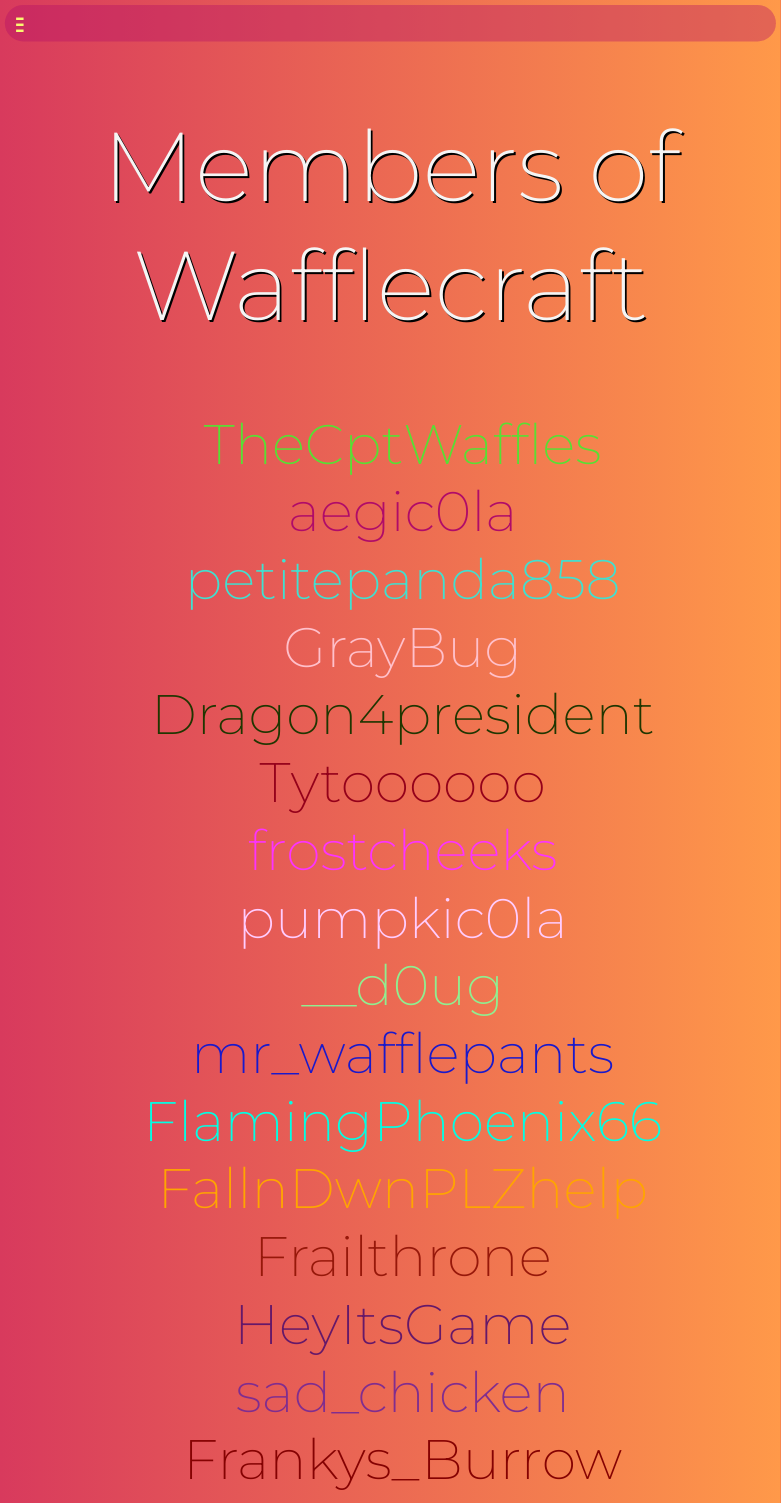
Repository: thecptwaffles/wafflecraftwebsite
Page: members.html
An editor plug-in stored every save of this project. The page is shown before and after the next save, followed by the edit.
The browser window is 1280 px wide. The pictures show the whole page, at 61% of full size.

Above is the page before, as saved 2022-07-18 21:19:57.
Console error: ReferenceError: $ is not defined

### members.html
<!DOCTYPE html>
<html lang="en">

<head>
  <meta charset="UTF-8">
  <meta name="viewport" content="width=device-width, initial-scale=1" />
  <title>Members</title>
  <link rel="stylesheet" href="./css/style.css">
  <link rel="icon" href="./resources/css/content/Icon.png" type="image/icon type">
  <link rel="preconnect" href="https://fonts.gstatic.com">
  <link href="https://fonts.googleapis.com/css2?family=Montserrat:ital,wght@0,200;1,200&display=swap" rel="stylesheet">
  <script src="./members.js"></script>
</head>

<body class="members-all">
  <div class=" navbar">
    <div class="dropdown">
      <button class="dropbtn">-<br>-<br>-
        <i class="fa fa-caret-down"></i>
      </button>
      <div class="dropdown-content">
        <a href="./index.html">Home</a>
        <a href="./members.html">Members</a>
        <a href="./fetured.html">Featured</a>
        <!-- <a href="./annoucenments.html">Announcements</a> -->
        <a href="./tutorials.html">Tutorials</a>
        <a href="./world-downloads.html">Downloads</a>
        <a href="./serverInfo.html">Server Info</a>
        <!-- <a href="bluemap.thewafflecraft.com" target="blank">3D Map</a> -->
      </div>
    </div>
  </div>
  <h1 class="index-title">Members of Wafflecraft</h1>
  <!--members list-->
  <ul id="ol">
    <li class="li" id="waffles">TheCptWaffles</li>
    <li class="li" id="c0la">aegic0la</li>
    <li class="li" id="panda">petitepanda858</li>
    <li class="li" id="bug">GrayBug</li>
    <li class="li" id="delta">Dragon4president</li>
    <li class="li" id="tyt">Tytoooooo</li>
    <li class="li" id="cheeks">frostcheeks</li>
    <li class="li" id="pumki">pumpkic0la</li>
    <li class="li" id="doug">__d0ug</li>
    <li class="li" id="pants">mr_wafflepants</li>
    <li class="li" id="flaming">FlamingPhoenix66</li>
    <li class="li" id="falln">FallnDwnPLZhelp</li>
    <li class="li" id="matt">Frailthrone</li>
    <li class="li" id="gamer">HeyItsGame</li>
    <li class="li" id="sad">sad_chicken</li>
    <li class="li" id="burrow">Frankys_Burrow</li>
  </ul>
</body>

</html>

### css/style.css
/*styling for the title*/

.title {
    text-align: center;
    font-size: 6.25vh;
    font-family: 'Montserrat', sans-serif;
    text-decoration: underline;
    color: white;
    overflow-y: auto;
}

/*styling for the background*/
.all {
    background-image: linear-gradient(90deg, var(--secnd-clr), var(--frth-clr));
    background-size: cover;
    background-position: center;
    max-width: auto;
    max-height: auto;
    min-width: auto;
    min-height: auto;
}

.social {
    display: flex;
    align-items: center;
    justify-content: center;
    font-size: 7vw;
}

/*styling for all Paragraph elements*/
p {
    font-family: 'Montserrat', sans-serif;
    font-size: 3.5vw;
    text-align: center;
    color: white;
}

::-webkit-scrollbar {
    width: 0.625rem;
}

::-webkit-scrollbar-track {
    background-color: var(--thrd-clr);
}

.min {
    color: black;
}

/*styling all of the links*/
.link {
    text-decoration: none;
    color: white;
    font-family: 'Montserrat', sans-serif;
    font-size: 3.125rem;
    color: white;
    text-align: right;
}

:root {
    --main-clr: #b00b69;
    --secnd-clr: #d83a5d;
    --thrd-clr: #f36950;
    --frth-clr: #ff9949;
    --fith-clr: #ffc951;
    --sxth-clr: #f9f871;
    --navbar: #b00b685e;
    --main-font: 'Montserrat', sans-serif;
}

::-webkit-scrollbar {
    width: 0.625rem;
}

::-webkit-scrollbar-track {
    background-color: var(--thrd-clr);
}


/* Navbar container */
.navbar {
    overflow: hidden;
    background-color: var(--navbar);
    font-family: Arial;
    border-radius: 5rem;
    -webkit-border-radius: 5rem;
    -moz-border-radius: 5rem;
    -ms-border-radius: 5rem;
    -o-border-radius: 5rem;
}

/* Links inside the navbar */
.navbar a {
    float: left;
    font-size: 16px;
    color: white;
    text-align: center;
    padding: 14px 16px;
    text-decoration: none;
}

/* The dropdown container */
.dropdown {
    float: left;
    overflow: hidden;
}

/* Dropdown button */
.dropdown .dropbtn {
    font-size: 50px;
    border: none;
    outline: none;
    color: var(--sxth-clr);
    padding: 14px 16px;
    background-color: inherit;
    font-family: inherit;
    /* Important for vertical align on mobile phones */
    margin: 0;
    /* Important for vertical align on mobile phones */
    line-height: 10px;
}

/* Add a background color to navbar links on hover */
.navbar a:hover,
.dropdown:hover .dropbtn {
    background-color: var(--main-clr);
    border-radius: 1rem;
    -webkit-border-radius: 1rem;
    -moz-border-radius: 1rem;
    -ms-border-radius: 1rem;
    -o-border-radius: 1rem;
}

/* Dropdown content (hidden by default) */
.dropdown-content {
    display: none;
    position: absolute;
    background-color: var(--main-clr);
    min-width: 160px;
    box-shadow: 0px 8px 16px 0px rgba(0, 0, 0, 0.2);
    z-index: 1;
    border-radius: 1rem;
    -webkit-border-radius: 1rem;
    -moz-border-radius: 1rem;
    -ms-border-radius: 1rem;
    -o-border-radius: 1rem;
}

/* Links inside the dropdown */
.dropdown-content a {
    float: none;
    color: black;
    padding: 12px 16px;
    text-decoration: none;
    display: block;
    text-align: left;
}


.dropdown-content a:hover {
    background-color: #9c095d;
}

/* Show the dropdown menu on hover */
.dropdown:hover .dropdown-content {
    display: block;
}

h1 {
    font-family: 'Montserrat', sans-serif;
    font-size: 6.25vw;
    text-align: center;
    color: white;
    font-weight: 1;


}

#tutorialsAll {
    background-image: linear-gradient(90deg, var(--secnd-clr), var(--frth-clr));
    max-width: auto;
    max-height: auto;
    min-width: auto;
    min-height: auto;
    scrollbar-width: 0.625rem;
    scrollbar-track-color: var(--thrd-clr);
}

body {
    background-image: linear-gradient(90deg, var(--secnd-clr), var(--frth-clr));
    max-width: auto;
    max-height: auto;
    min-width: auto;
    min-height: auto;
    scrollbar-width: 0.625rem;
    scrollbar-track-color: var(--thrd-clr);
}

h2 {
    text-align: center;
    color: white;
    font-size: 3.125vw;
    font-family: 'Montserrat', sans-serif;
}

img {
    display: block;
    margin-left: auto;
    margin-right: auto;
    width: 50%;
}

#index {
    background-image: url(./content/stacked-waves-haikei.svg);
    background-size: cover;
    background-repeat: no-repeat;
    background-position: center;
    background-color: var(--main-clr);
}

.index-title {
    font-size: 12.5vw;
    color: whitesmoke;
    text-align: center;
    text-decoration: none;
    font-family: 'Montserrat', sans-serif;
    font-weight: 1;
    text-shadow: 3px 3px black;
}

@media screen and (max-width: 600px) {
    .dropdown-content {
        font-size: 1rem;
    }
}

#title {
    text-align: center;
    font-size: 12.5vw;
    font-family: 'Montserrat', sans-serif;
    text-decoration: underline;
    color: white;
    overflow-y: auto;
}

#ol {
    text-align: center;
    font-family: 'Montserrat', sans-serif;
}

.li {
    font-family: 'Montserrat', sans-serif;
    font-size: 7.125vw;
    color: white;
    list-style: none;
}

#matt {
    color: #97180a;
}

#c0la {
    color: #b00b69;
}

#waffles {
    color: #57e034;
}

#pumki {
    color: #ffccff;
}

#tyt {
    color: #94011a;
}

#doug {
    color: lightgreen;
}

#cru {
    color: #b00b69;
}

#pants {
    color: #1919cc;
}

#gamer {
    color: #651869;
}

#falln {
    color: orange;
}

#sad {
    color: #802d8f;
}

#flaming {
    color: rgb(0, 255, 229);
}

#cheeks {
    color: #FC33FF;
}

#panda {
    color: #40E0D0;
}

#bug {
    color: #ffc0cb;
}

#delta {
    color: #1f3600;
}

#burrow {
    color: #850202;
}

#Download {
    font-family: 'Montserrat', sans-serif;
    font-size: 12.5vw;
    text-align: center;
    color: white;
    text-decoration: underline;
    font-weight: 1;
}

.change-bg {
    background-color: var(--main-clr);
}

.members-all {
    background-color: var(--secnd-clr);
}

.scrolled {
    background-color: var(--thrd-clr);
}

### members.js
//make the background change color when the page is scrolled down or up
$(window).scroll(function () {
    var scroll = $(window).scrollTop();
    if (scroll >= 1) {
        $("body").addClass("scrolled");
    } else {
        $("body").removeClass("scrolled");
    }
});

After the next save:
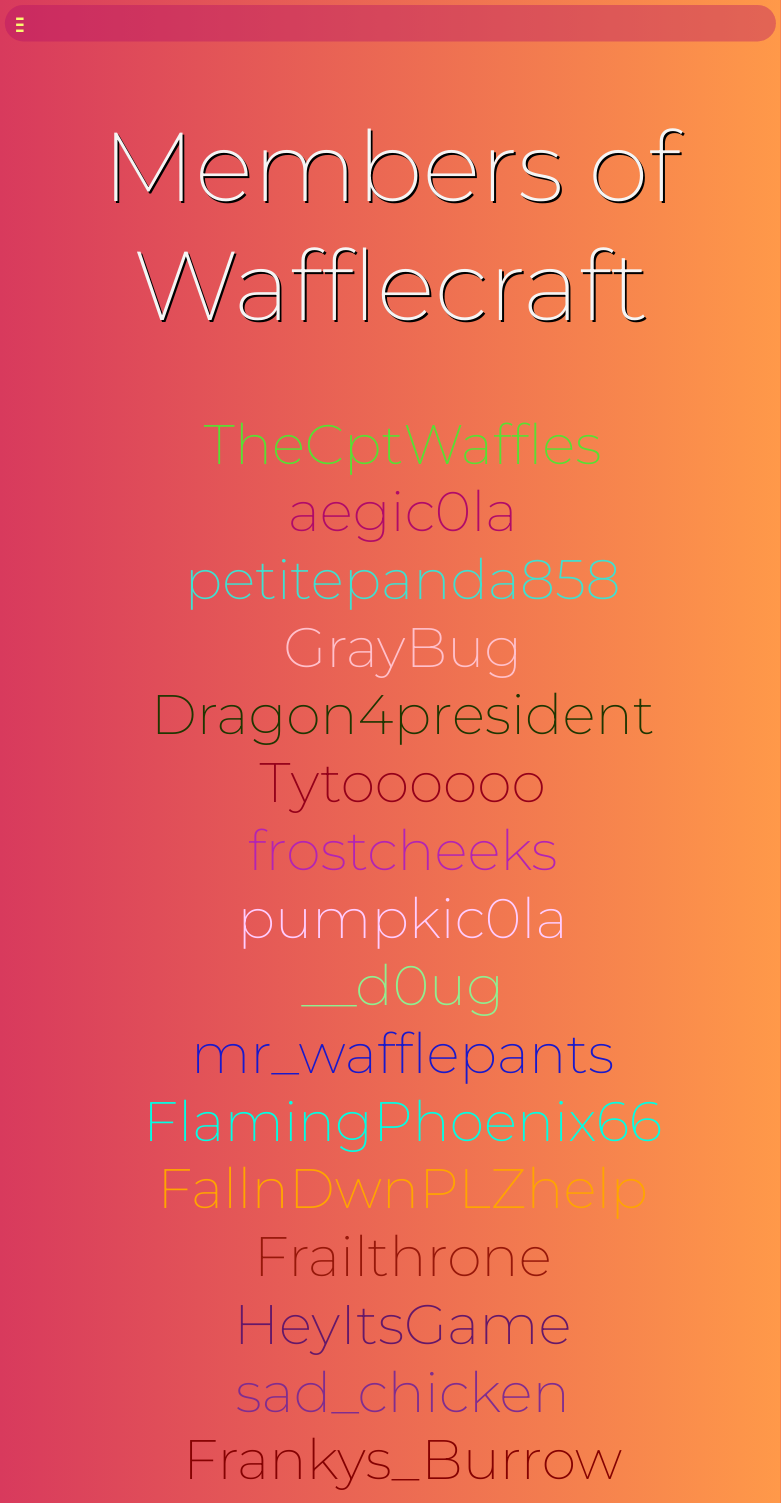
Saved 18 h 40 min later.
--- a/css/style.css
+++ b/css/style.css
@@ -304,7 +304,7 @@
 }
 
 #cheeks {
-    color: #FC33FF;
+    color: #b224b4;
 }
 
 #panda {
